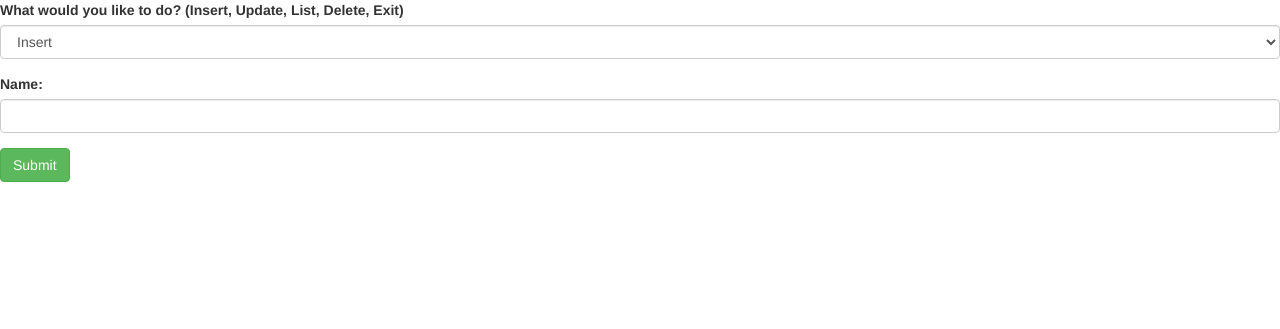
Repository: kddean/Lab2
Page: ToDoSystem/WebContent/ToDo.html
An editor plug-in stored every save of this project. The page is shown before and after the next save, followed by the edit.
The browser window is 1280 px wide. The pictures show the whole page.

Above is the page before, as saved 2016-03-03 05:50:38.

After the next save:
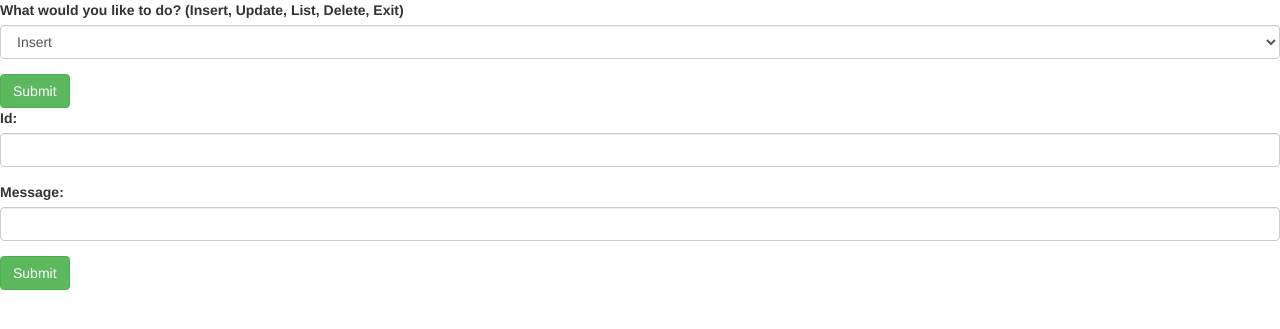
Saved 112 s later.
--- a/ToDoSystem/WebContent/ToDo.html
+++ b/ToDoSystem/WebContent/ToDo.html
@@ -20,9 +20,14 @@
     <option>Exit</option>
   </select>
 </div>
+<button type="button" class="btn btn-success">Submit</button>
 <div class="form-group">
-  <label for="usr">Name:</label>
-  <input type="text" class="form-control" id="usr">
+  <label for="id">Id:</label>
+  <input type="text" class="form-control" id="id">
+</div>
+<div class="form-group">
+  <label for="m">Message:</label>
+  <input type="text" class="form-control" id="m">
 </div>
 <button type="button" class="btn btn-success">Submit</button>
 </form>
